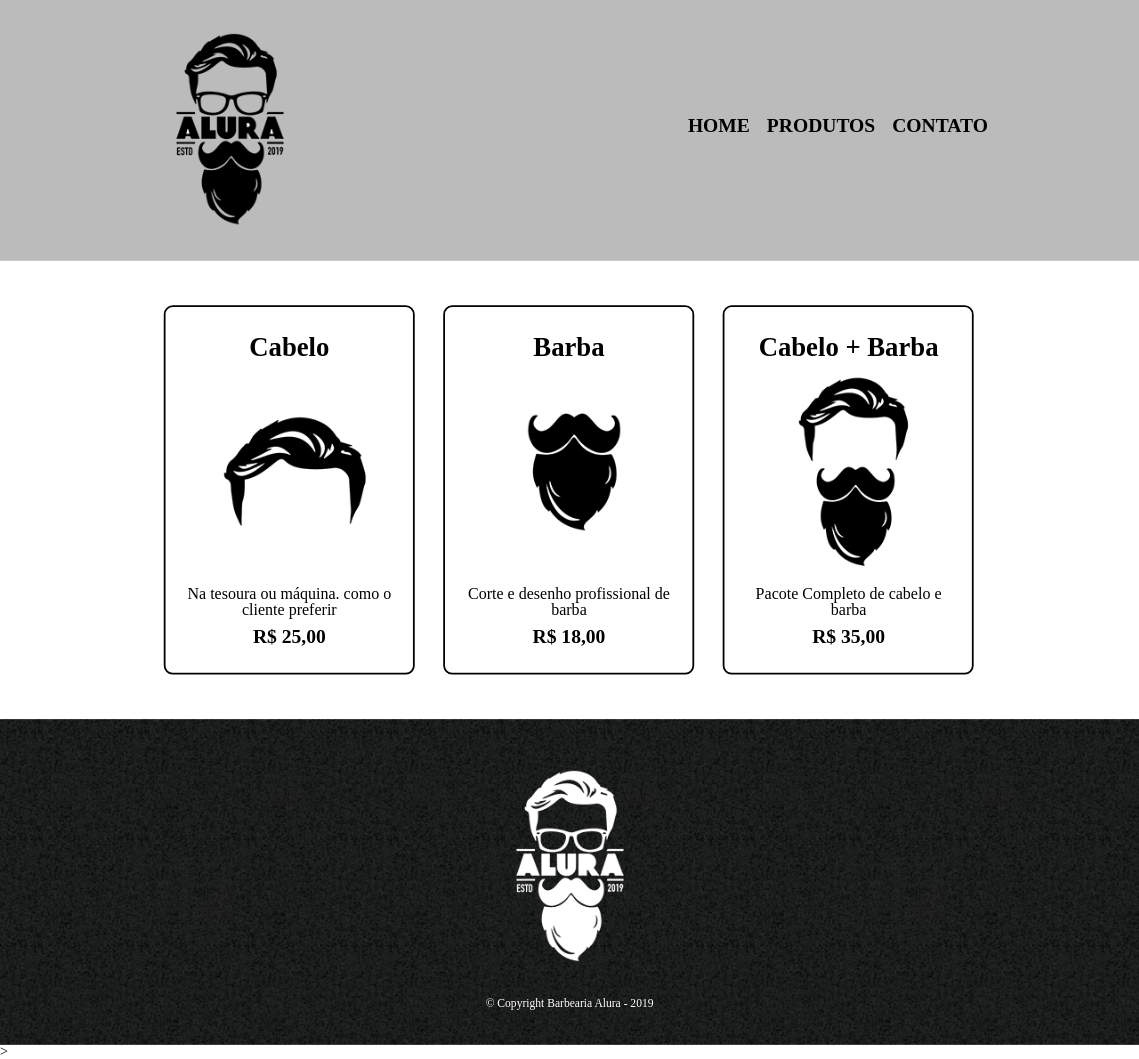
Repository: AnaBerlanda/AulaAlura
Page: produtos.html
The author's editor kept a copy of each file at every save. The page is drawn from the files as they stood at one save, then again after the next save.
The browser window is 1280 px wide. The pictures show the whole page, at 89% of full size.

Above is the page before, as saved 2022-04-18 16:07:47.

After the next save:
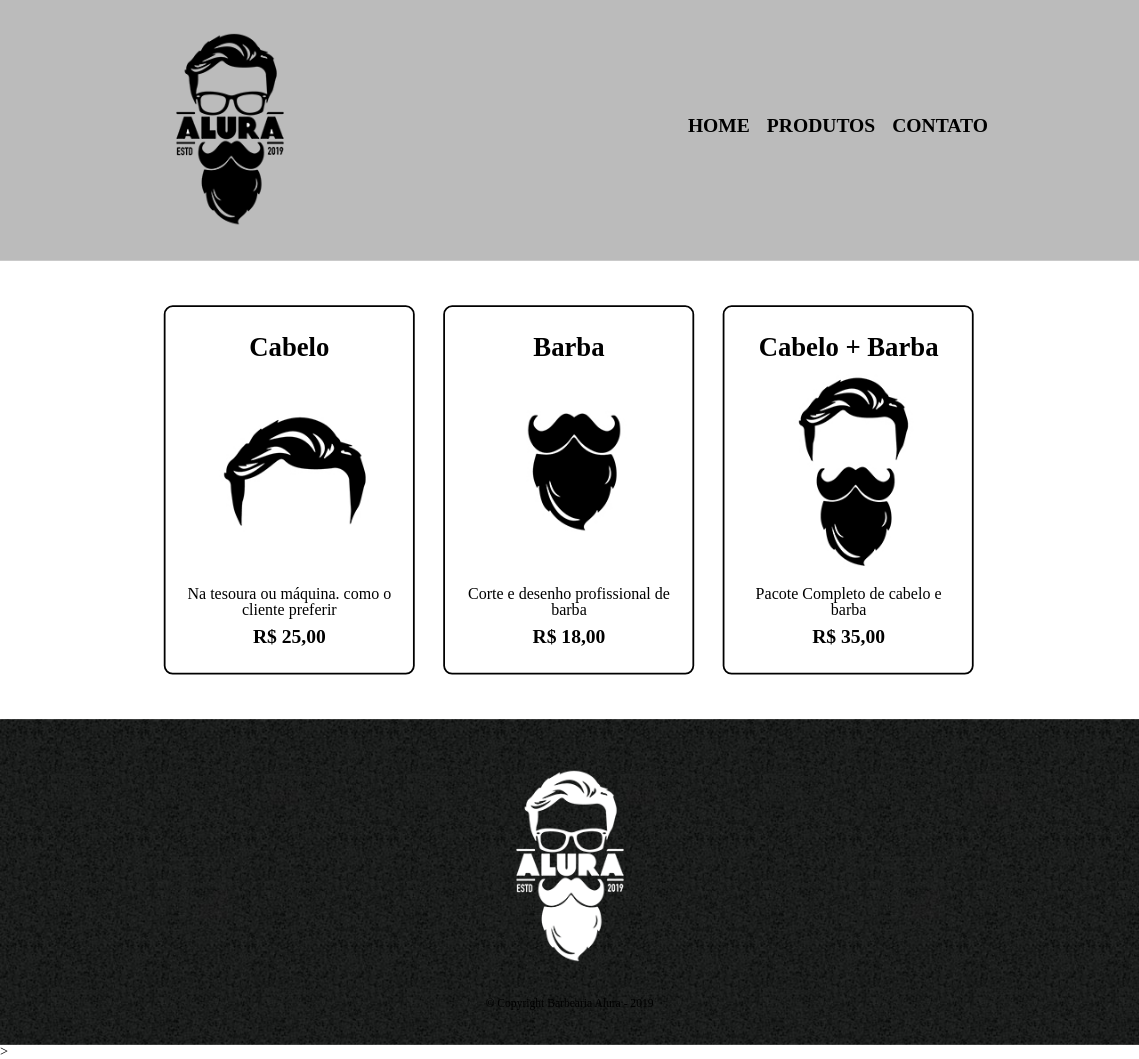
Saved 3 min 12 s later.
--- a/produtos.css
+++ b/produtos.css
@@ -70,7 +70,7 @@
     padding: 40px 0;
 }
 .copy{
-    color: white;
+    color:black;
     font-size: 13px;
     margin: 20px 0 0;
 }

After the save that followed:
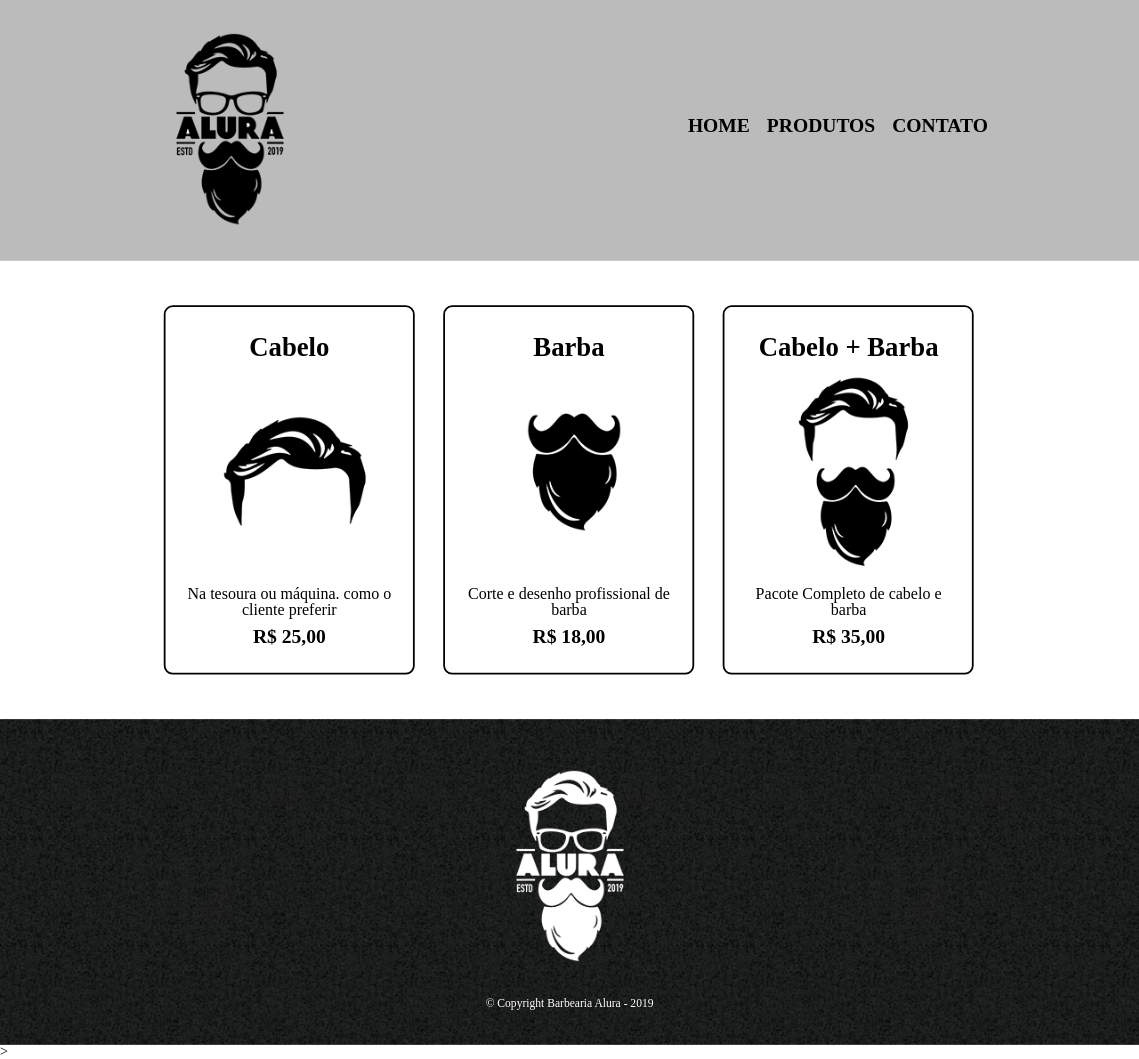
Saved 31 s later.
--- a/produtos.css
+++ b/produtos.css
@@ -66,11 +66,11 @@
 }
 footer{
     text-align: center;
-    background: url("bg.jpg");
+    background: url("imagem/bg.jpg");
     padding: 40px 0;
 }
 .copy{
-    color:black;
+    color:white;
     font-size: 13px;
     margin: 20px 0 0;
 }
